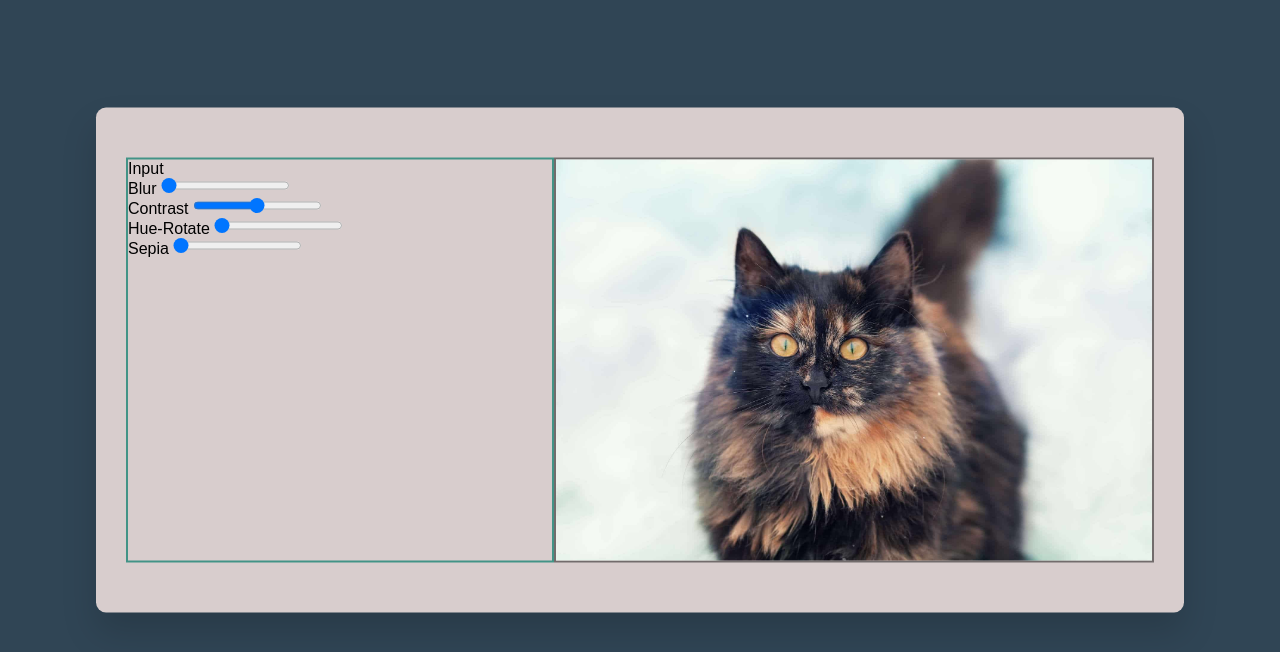
Repository: Larrowo/Challenges
Page: Photo filter/index.html
The author's editor kept a copy of each file at every save. The page is drawn from the files as they stood at one save, then again after the next save.
The browser window is 1280 px wide. The pictures show the whole page.

Above is the page before, as saved 2022-04-04 10:59:24.

After the next save:
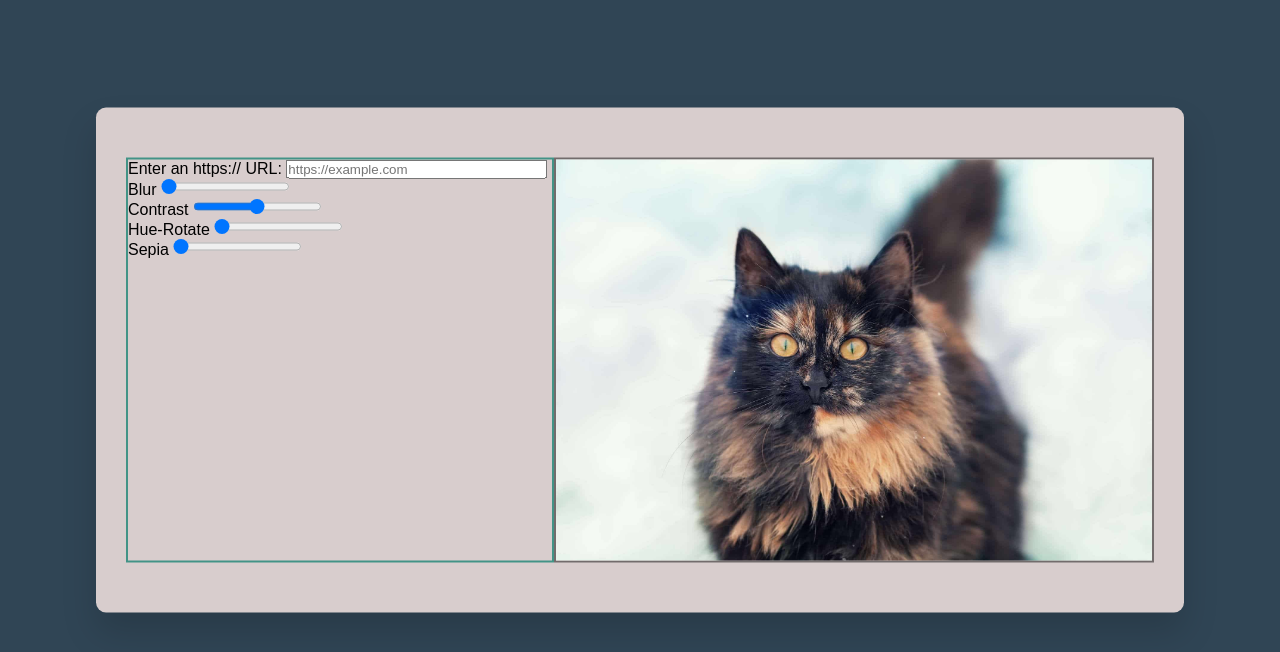
Saved 4 min 39 s later.
--- a/Photo filter/index.html
+++ b/Photo filter/index.html
@@ -13,7 +13,8 @@
     <div class="wrapper">
         <div class="editor">
             <div class="input-image">
-                <label for="input">Input</label>
+                <label for="url">Enter an https:// URL:</label>
+                <input type="url" name="url" id="url" placeholder="https://example.com" pattern="https://.*" size="30"required>
             </div>
             <div class="filter">
                 <label for="blur">Blur</label>
